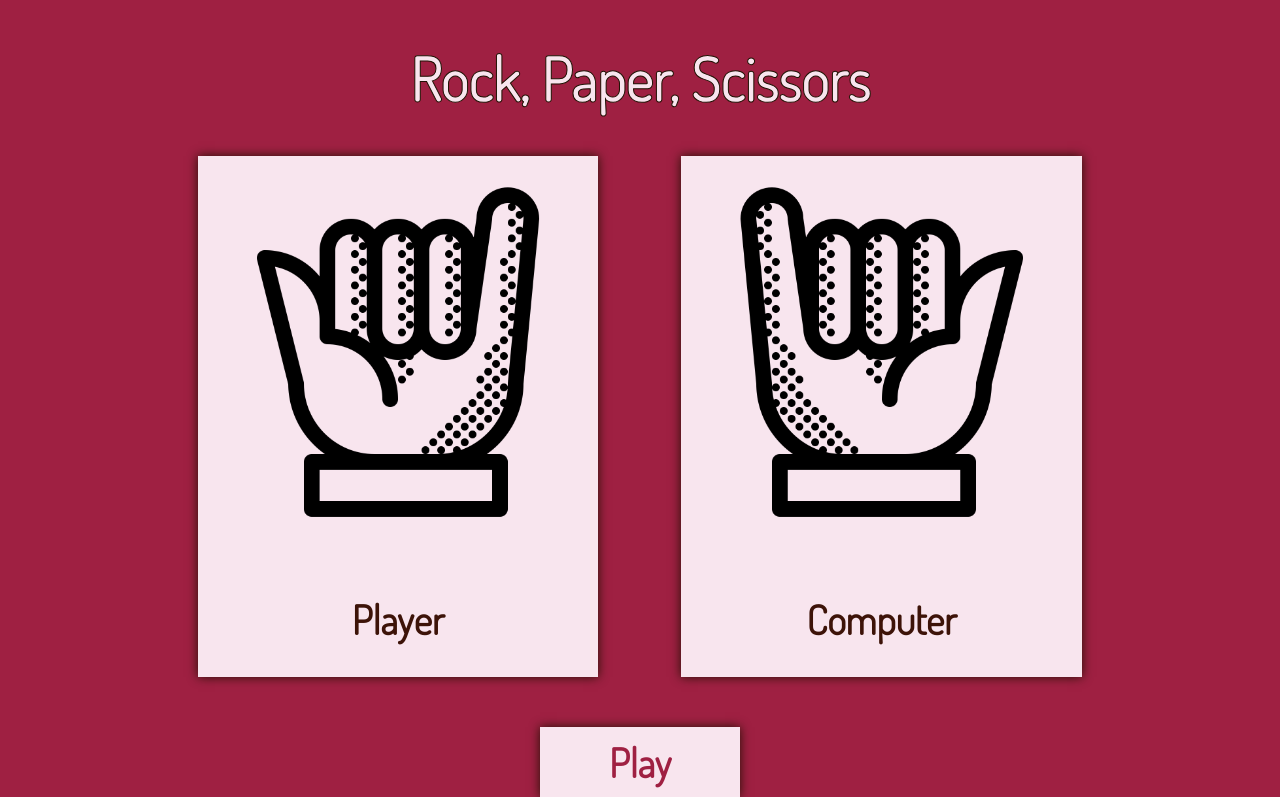
Repository: shayanabedi98/rock-paper-scissors
Page: index.html
The author's editor kept a copy of each file at every save. The page is drawn from the files as they stood at one save, then again after the next save.
The browser window is 1280 px wide. The pictures show the whole page.

Above is the page before, as saved 2023-07-13 19:51:48.

### index.html
<!DOCTYPE html>
<html lang="en">
<head>
    <meta charset="UTF-8">
    <meta name="viewport" content="width=device-width, initial-scale=1.0">
    <title>Rock, Paper, Scissors</title>
    <link rel="preconnect" href="https://fonts.googleapis.com">
    <link rel="preconnect" href="https://fonts.gstatic.com" crossorigin>
    <link href="https://fonts.googleapis.com/css2?family=Dosis:wght@300&display=swap" rel="stylesheet">
    <link rel="stylesheet" href="styles.css">
</head>
<body>
    <div class="header">
        <h1>Rock, Paper, Scissors</h1>
    </div>
    <div class="container">
        <div class="card">
            <div class="player1">
                <img src="resources/startleft.png" alt="Starting image before game">
                <h2>Player</h2>
            </div>
        </div>
        <div class="card">
            <div class="computer">
                <img src="resources/start.png" alt="Starting image before game">
                <h2>Computer</h2>
            </div>
        </div>
    </div>
    <div class="button-container">
        <button id="btn">Play</button>
    </div>
    <style src="index.js"></style>
</body>
</html>

### styles.css
body {
    font-family:'Dosis', sans-serif;
    margin: 0;
    padding: 0;
    background-color: #9F2042;
    color: #F8E5EE;
}

h1 {
    font-size: 60px;
    -webkit-text-stroke-color: #211103;
    -webkit-text-stroke-width: 1px;
}

.header {
    text-align: center;
}

.container {
    text-align: center;
    display: block;
}

.card {
    display: inline-block;
    background-color: #F8E5EE;
    box-shadow: 0 0 10px 0 #211103;
    margin: 0 40px;
}

.card img {
    height: 400px;
}

.card h2 {
    font-size: 40px;
    color: #3D1308;
}

.button-container {
    text-align: center;
    margin-top: 50px;
}

#btn {
    font-size: 40px;
    font-weight: 800;
    font-family: 'Dosis', sans-serif;
    background-color: #F8E5EE;
    color: #9F2042;
    width: 200px;
    height: 70px;
    cursor: pointer;
    border: 0;
    box-shadow: 0 0 10px 0 #211103;
}

After the next save:
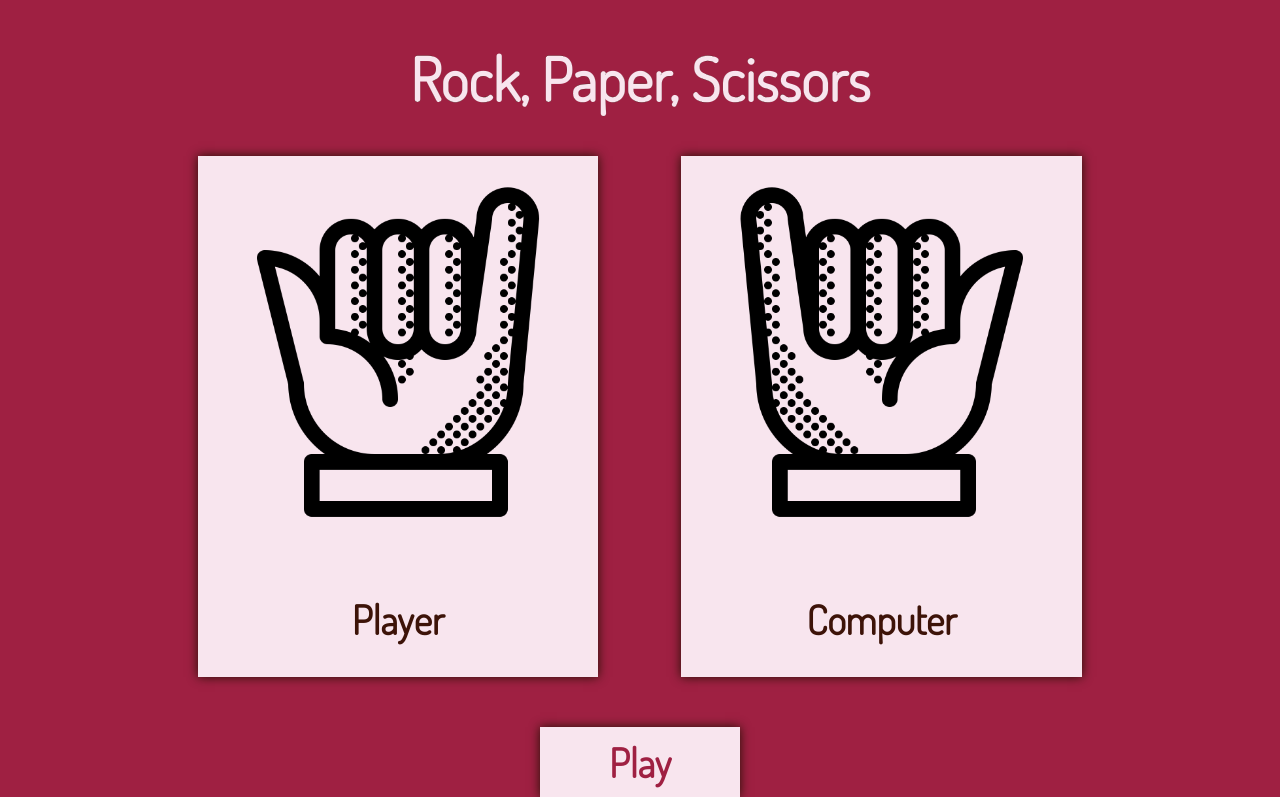
Saved 5 s later.
--- a/styles.css
+++ b/styles.css
@@ -9,7 +9,7 @@ body {
 h1 {
     font-size: 60px;
     -webkit-text-stroke-color: #211103;
-    -webkit-text-stroke-width: 1px;
+    -webkit-text-stroke-width: 0.1px;
 }
 
 .header {
